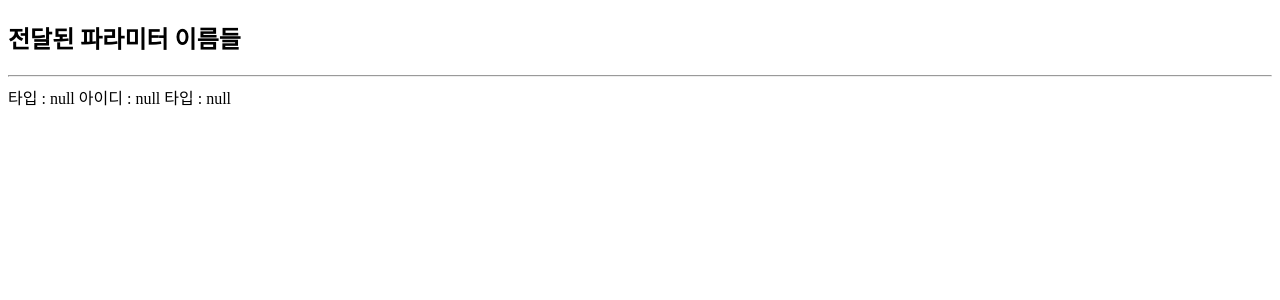
Repository: gyungmean/2020_2_webProgramming
Page: http://localhost/week6/Practice20/result.jsp
The author's editor kept a copy of each file at every save. The page is drawn from the files as they stood at one save, then again after the next save.
The browser window is 1280 px wide. The pictures show the whole page.
The page is served by Tomcat 9.

Above is the page before, as saved 2020-11-02 05:23:16.

### week6/week6/WebContent/Practice20/result.jsp
<%@ page language="java" contentType="text/html; charset=UTF-8"
    pageEncoding="UTF-8"%>
<% request.setCharacterEncoding("UTF-8"); %>
<!DOCTYPE html>
<html>
<head>
<meta charset="UTF-8">
<title>Practice 20</title>
</head>
<body>
<%@ page import = "java.util.Enumeration" %>
<%
	out.println("<h2>전달된 파라미터 이름들</h2>");
	Enumeration<String> e = request.getParameterNames();
	while ( e.hasMoreElements() ){
		String name = e.nextElement();
		out.println(name + "<br>");
	}
	out.println("<hr>");
	out.println("타입 : " + request.getParameter("type"));
	out.println("아이디 : " + request.getParameter("strID"));
	out.println("타입 : " + request.getParameter("strPwd"));


%>
</body>
</html>

After the next save:
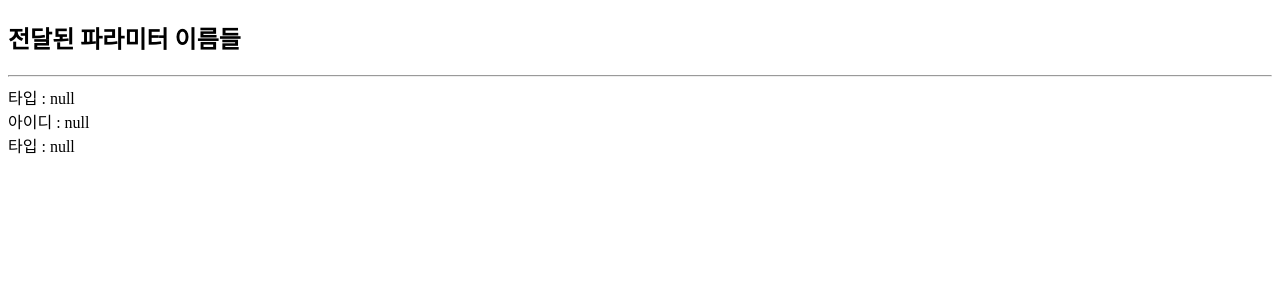
Saved 19 s later.
--- a/week6/week6/WebContent/Practice20/result.jsp
+++ b/week6/week6/WebContent/Practice20/result.jsp
@@ -17,9 +17,9 @@
 		out.println(name + "<br>");
 	}
 	out.println("<hr>");
-	out.println("타입 : " + request.getParameter("type"));
-	out.println("아이디 : " + request.getParameter("strID"));
-	out.println("타입 : " + request.getParameter("strPwd"));
+	out.println("타입 : " + request.getParameter("type") + "<br>");
+	out.println("아이디 : " + request.getParameter("strID") + "<br>");
+	out.println("타입 : " + request.getParameter("strPwd") + "<br>");
 
 
 %>
